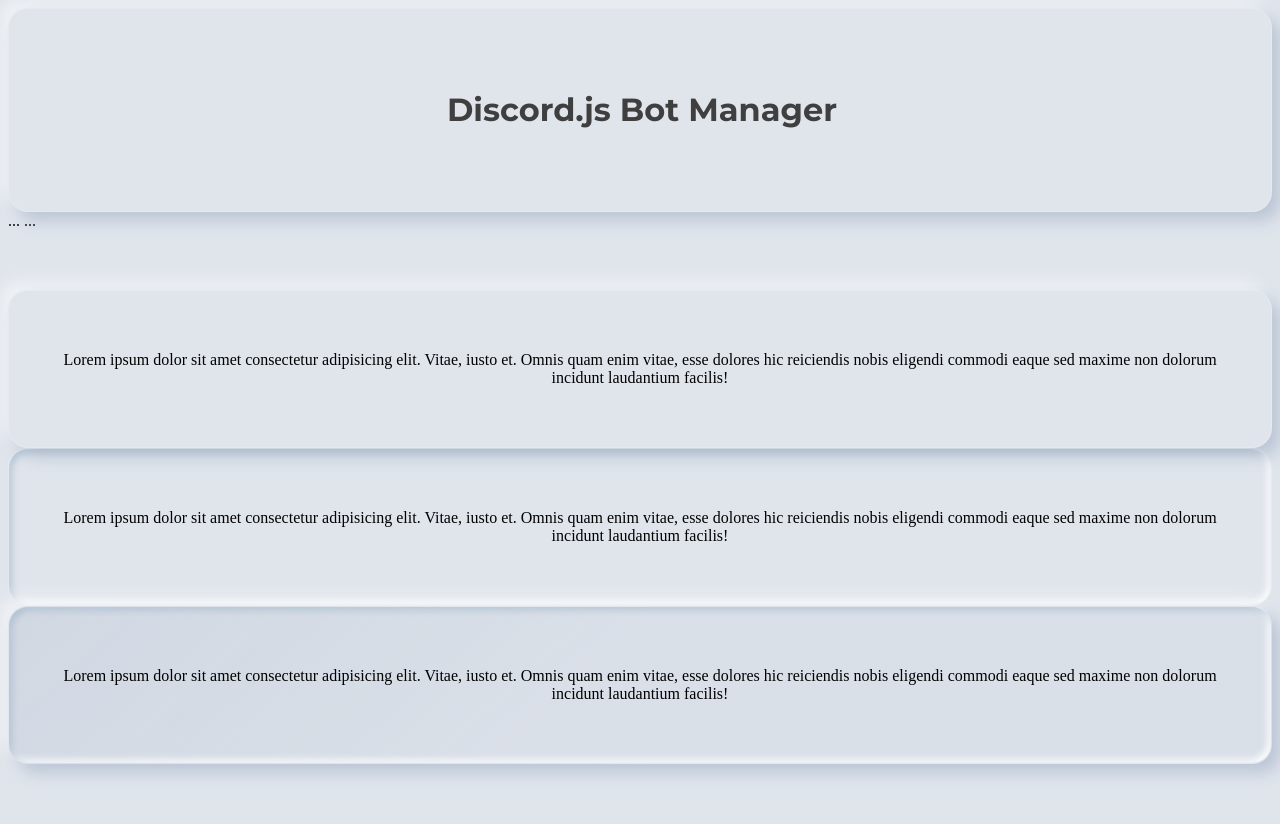
Repository: O-Schell/Discord-Bot-Manager
Page: Web_Interface/main.HTML
The author's editor kept a copy of each file at every save. The page is drawn from the files as they stood at one save, then again after the next save.
The browser window is 1280 px wide. The pictures show the whole page.
The style sheet was rebuilt from its Sass, Less or Tailwind sources for each picture, by a compiler version that may differ from the author's.

Above is the page before, as saved 2020-11-22 23:34:59.
Not found: Web_Interface/script.js

### Web_Interface/main.HTML
<!DOCTYPE html>
<html lang="fr">
  <head>
    <meta charset="utf-8" />
    <title>Titre de la page</title>
    <link rel="stylesheet" href="style.css" />
    <script src="script.js"></script>
  </head>

  <body>
    <div class="container">
        <div class="row">
            <div class="card-w col-md-4">
              <div class="card neumorphism">
                <div class="card__icon"></div>
                <div class="card__text">
                  <h1>Discord.js Bot Manager</h1>
                </div>
              </div>
            </div>
      ...
      <!-- Le reste du contenu -->
      ...
    </div>

    <div class="container wrapper">
      <div class="row">
        <div class="card-w col-md-4">
          <div class="card neumorphism">
            <div class="card__icon"></div>
            <div class="card__text">
              Lorem ipsum dolor sit amet consectetur adipisicing elit. Vitae,
              iusto et. Omnis quam enim vitae, esse dolores hic reiciendis nobis
              eligendi commodi eaque sed maxime non dolorum incidunt laudantium
              facilis!
            </div>
          </div>
        </div>
        <div class="card-w col-md-4">
          <div class="card inset">
            <div class="card__icon"></div>
            <div class="card__text">
              Lorem ipsum dolor sit amet consectetur adipisicing elit. Vitae,
              iusto et. Omnis quam enim vitae, esse dolores hic reiciendis nobis
              eligendi commodi eaque sed maxime non dolorum incidunt laudantium
              facilis!
            </div>
          </div>
        </div>
        <div class="card-w col-md-4">
          <div class="card active">
            <div class="card__icon"></div>
            <div class="card__text">
              Lorem ipsum dolor sit amet consectetur adipisicing elit. Vitae,
              iusto et. Omnis quam enim vitae, esse dolores hic reiciendis nobis
              eligendi commodi eaque sed maxime non dolorum incidunt laudantium
              facilis!
            </div>
          </div>
        </div>
      </div>
    </div>
  </body>
</html>

### Web_Interface/style.scss
@import url("https://fonts.googleapis.com/css?family=Montserrat:400,700&display=swap");

body {
  background-color: #dedede;
}
h1 {
  font-size: 2.5vw;
  padding-left: 0.5%;
  width: max-content;
  font-family: "Montserrat";
  color: #3f3f3f;
}

/* variables */
$bkg: #f7f8fc;
$l-grad-hex-100: #efeff6;
$l-grad-rgba-100: rgba(179, 202, 226, 0.28);

$d-grad-100: dark;

body {
  //background: linear-gradient(318.32deg, #C3D1E4 0%, #DDE7F3 55%, #D4E0ED 100%);
  background: #e0e5ec;
  min-height: 100vh;
}
.wrapper {
  margin: 60px auto;
}

.neumorphism {
  background-color: #e0e5ec;
  //dark
  box-shadow: 9px 9px 16px rgba(163, 177, 198, 0.6),
    -9px -9px 16px rgba(255, 255, 255, 0.5);
  //light
  //box-shadow: 4px 2px 16px rgba(136, 165, 191, 0.48), -4px -2px 16px #FFFFFF;
}

.card-w {
  .card {
    display: flex;
    flex-direction: column;
    align-items: center;
    padding: 60px 30px;
    border-radius: 30px;
    position: relative;
    background: transparent;
    border-radius: 20px;
    border: 1px solid rgba(255, 255, 255, 0.2);

    .card__icon {
    }
    .card__text {
      text-align: center;
    }
  }
}

/* inset */
.card.inset {
  box-shadow: inset 3px 3px 7px rgba(136, 165, 191, 0.48),
    inset -3px -3px 7px #ffffff;
  i {
    text-shadow: 1px 1px 1px #d6e1ef99, 0 0 0 #000, 1px 1px 1px #d6e1ef00;
  }
}

.card.active {
  box-shadow: 9px 9px 16px rgba(163, 177, 198, 0.6),
    -9px -9px 16px rgba(255, 255, 255, 0.5),
    inset 3px 3px 7px rgba(136, 165, 191, 0.48), inset -3px -3px 7px #ffffff;
  background: linear-gradient(
    318.32deg,
    rgba(163, 177, 198, 0.1) 0%,
    rgba(163, 177, 198, 0.1) 55%,
    rgba(163, 177, 198, 0.25) 100%
  );
}

After the next save:
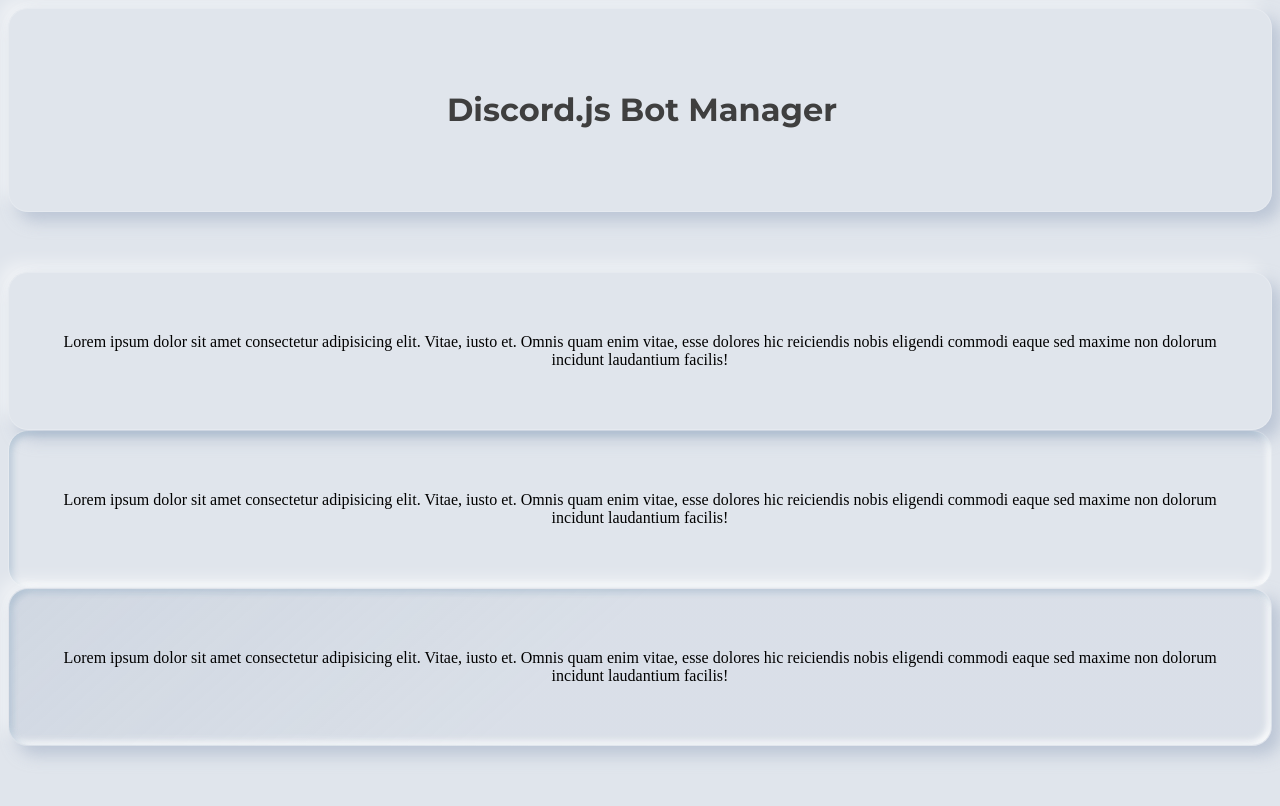
Saved 100 s later.
--- a/Web_Interface/main.HTML
+++ b/Web_Interface/main.HTML
@@ -18,9 +18,6 @@
                 </div>
               </div>
             </div>
-      ...
-      <!-- Le reste du contenu -->
-      ...
     </div>
 
     <div class="container wrapper">
